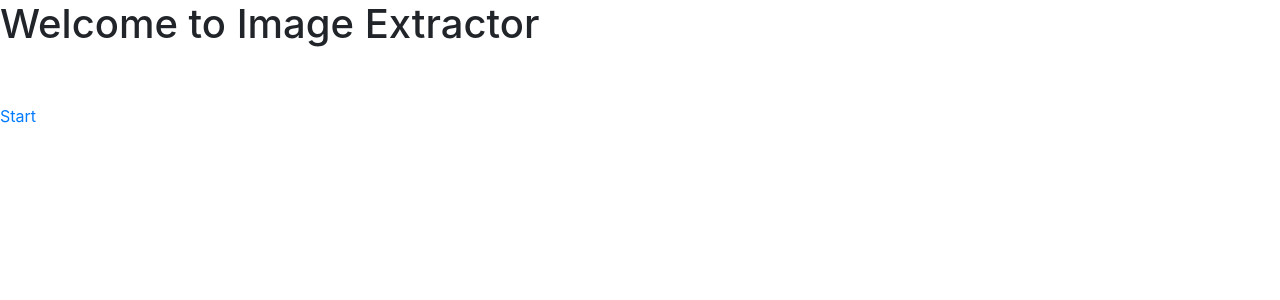
Repository: Rainam98/ImageExtractor
Page: http://localhost/demo/
These files come from the project's save history. The page is drawn as it stood at one moment and after the next save; the edit follows.
The browser window is 1280 px wide. The pictures show the whole page.
The page is served by Tomcat 9.

Above is the page before, as saved 2023-06-02 05:05:57.

After the next save:
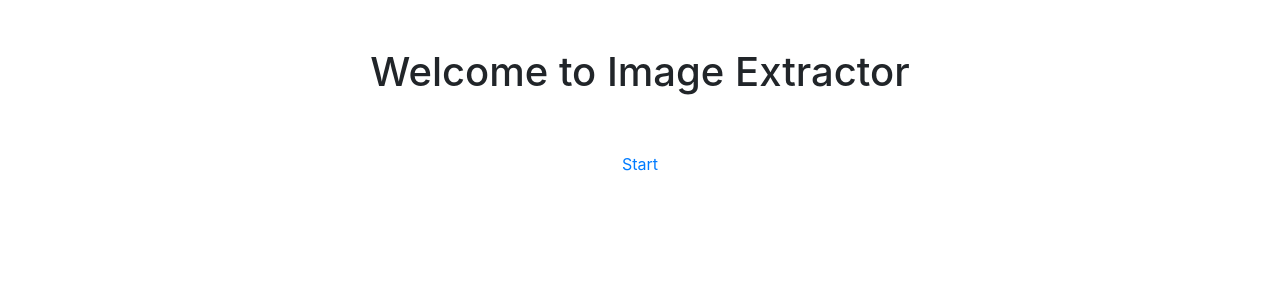
Saved 10 s later.
--- a/demo/src/main/webapp/index.jsp
+++ b/demo/src/main/webapp/index.jsp
@@ -8,11 +8,11 @@
 <title>Image Extractor</title>
 </head>
 <body>
-<div class="h-100 align-items-center justify-content-center">
-	<h1 >Welcome to Image Extractor</h1>
+<div class="text-center">
+	<h1 class="mt-5">Welcome to Image Extractor</h1>
 	<br>
 	<br>
-	<a href="/start">Start</a>
+	<a class href="/start">Start</a>
 	</div>
 </body>
 </html>
